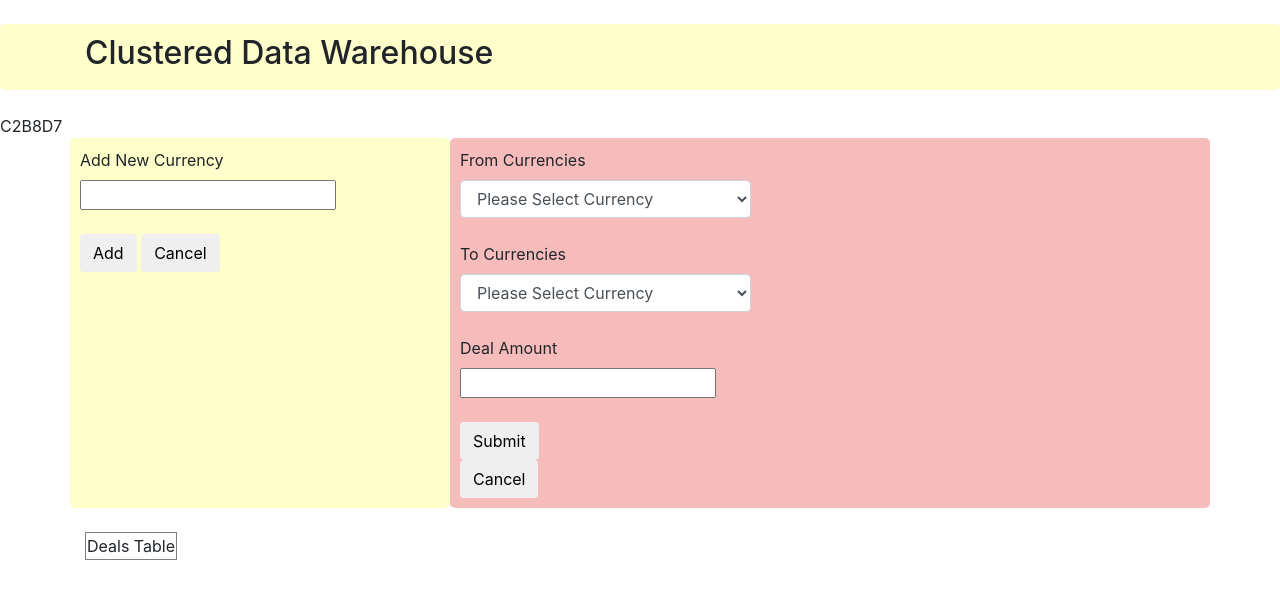
Repository: AlhassanAbuGhazaleh/ProgressSoftProject
Page: http://localhost/Clustered_Data__Alhasan_Abu_Ghazaleh_/WEB-INF/views/home.jsp
These files come from the project's save history. The page is drawn as it stood at one moment and after a run of saves; the edit follows.
The browser window is 1280 px wide. The pictures show the whole page.
The page is served by Tomcat 9. Nobody is signed in. The template is opened directly, without the code that normally fills it, so the values that code supplies are empty.

Above is the page before, as saved 2020-10-10 08:34:22.
Console error: ReferenceError: $ is not defined

After the next 2 saves:
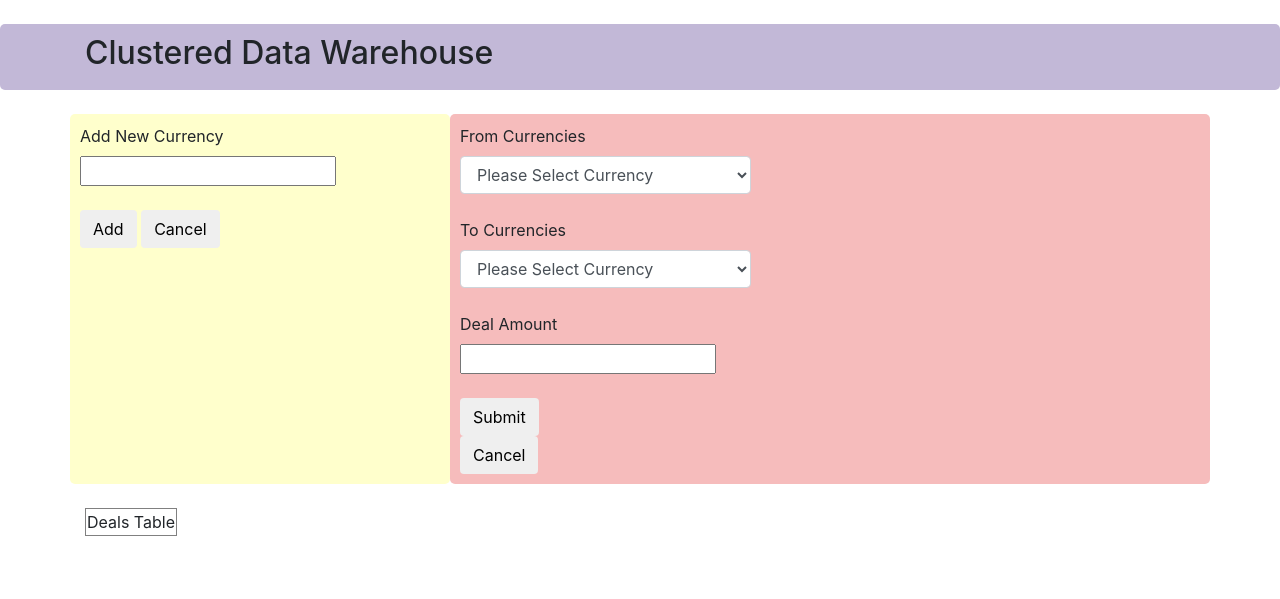
The 2 saves are shown as one change because they came seconds apart.
The last was saved 5 s later.
--- a/Clustered Data (Alhasan Abu Ghazaleh)/src/main/webapp/WEB-INF/views/home.jsp
+++ b/Clustered Data (Alhasan Abu Ghazaleh)/src/main/webapp/WEB-INF/views/home.jsp
@@ -27,14 +27,14 @@
 <body>
 	<br>
 	<div class="col-sm-12"
-		style="border-radius: 5px; background-color: #FFFFCC; padding: 10px;">
+		style="border-radius: 5px; background-color: #C2B8D7; padding: 10px;">
 		<div class="container">
 			<div style="align-content: center">
 				<h2>Clustered Data Warehouse</h2>
 			</div>
 		</div>
 	</div>
-	<br> C2B8D7
+	<br>
 	<div class="container">
 		<div class="row">
 			<div class="col-sm-4"
